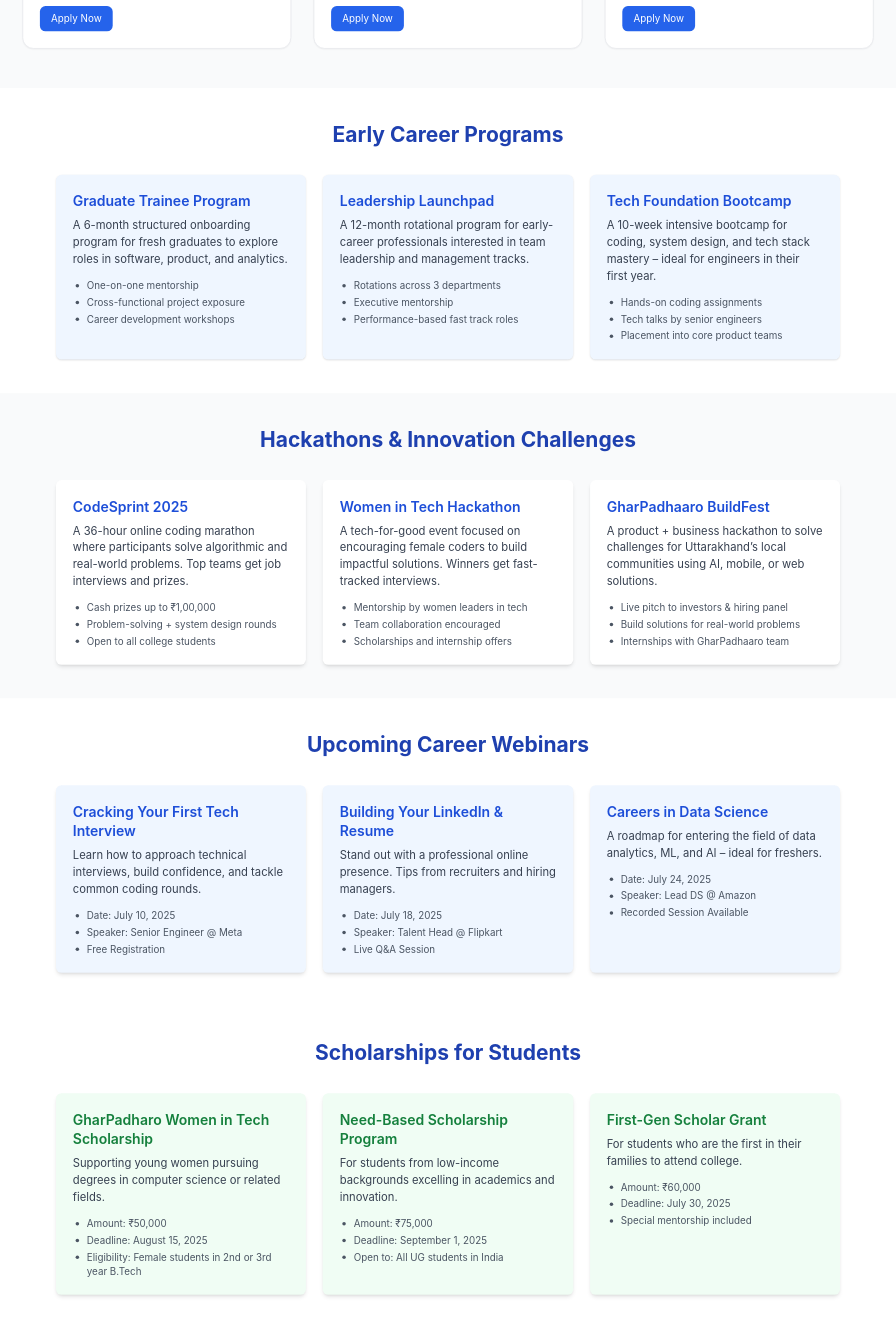
Repository: Siddharthkothiyal/GharPadhaaroCareerWebsite
Page: /#/students
These files come from the project's save history. The page is drawn as it stood at one moment and after the next save; the edit follows.
The browser window is 1280 px wide. The pictures show the part of the page from y = 1914 to 3834 px (the page is 5123 px tall before and 5567 px after), at 70% of full size.
The project was rebuilt for these pictures with package versions that can differ from the ones it lists, and the page was loaded fresh each time. Also part of the build but not shown: src/components/CareerPortal/JobListing/JobListings.css, src/components/CareerPortal/JobListing/JobListings.js, src/components/CareerPortal/Header.css, src/components/CareerPortal/ResumeUpload.css, src/components/CareerPortal/ResumeUpload.js, src/components/CareerPortal/Header.js, src/components/CareerPortal/JobListing/JobSearch.css, src/components/CareerPortal/JobListing/JobSearch.js and 10 more.

Above is the page before, as saved 2025-06-21 21:21:42.

### public/index.html
<!DOCTYPE html>
<html lang="en">

<head>
  <meta charset="utf-8" />
  <link rel="icon" href="%PUBLIC_URL%/favicon.ico" />
  <meta name="viewport" content="width=device-width, initial-scale=1" />
  <meta name="theme-color" content="#000000" />
  <meta name="description" content="GharPadharo - Find your perfect stay" />

  <!-- Font Awesome CDN (latest) -->
  <link rel="stylesheet" href="https://cdnjs.cloudflare.com/ajax/libs/font-awesome/6.5.2/css/all.min.css"
    integrity="sha512-SnH5WK+bZxgPHs44uWIX+LLJAJ9/2PkPKZ5QiAj6Ta86w+fsb2TkcmfRyVX3pBnMFcV7oQPJkl9QevSCWr3W6A=="
    crossorigin="anonymous" referrerpolicy="no-referrer" />

  <link rel="apple-touch-icon" href="%PUBLIC_URL%/logo192.png" />
  <title>GharPadharo</title>
</head>

<body>
  <noscript>You need to enable JavaScript to run this app.</noscript>
  <div id="root"></div>
  <!--
      This HTML file is a template.
      If you open it directly in the browser, you will see an empty page.

      You can add webfonts, meta tags, or analytics to this file.
      The build step will place the bundled scripts into the <body> tag.

      To begin the development, run `npm start` or `yarn start`.
      To create a production bundle, use `npm run build` or `yarn build`.
    -->
</body>

</html>

### src/index.css
@tailwind base;
@tailwind components;
@tailwind utilities;

/* You can keep your custom CSS below if needed */

body {
  margin: 0;
  font-family: -apple-system, BlinkMacSystemFont, 'Segoe UI', 'Roboto', 'Oxygen',
    'Ubuntu', 'Cantarell', 'Fira Sans', 'Droid Sans', 'Helvetica Neue',
    sans-serif;
  -webkit-font-smoothing: antialiased;
  -moz-osx-font-smoothing: grayscale;
}

code {
  font-family: source-code-pro, Menlo, Monaco, Consolas, 'Courier New',
    monospace;
}

### src/App.js
import React from 'react';
// import { HashRouter as Router } from 'react-router-dom';

// import { BrowserRouter as Router, Routes, Route } from 'react-router-dom';
import { HashRouter as Router, Routes, Route } from 'react-router-dom';
import JobListings from './components/CareerPortal/JobListing/JobListings';

import './App.css';
import CareerPortal from './components/CareerPortal';
import Login from './components/Auth/Login';
import Signup from './components/Auth/Signup';
import LandingPage from './components/LandingPage/LandingPage';



import StudentsPage from './components/CareerPortal/StudentsPage/StudentsPage';

// import JobCategory from './components/CareerPortal/JobListing/JobCategory';
// import JobLocation from './components/CareerPortal/JobListing/JobLocation';



function App() {
  return (
    <Router>
      <div className="App">


        <Routes>
          <Route path="/" element={<LandingPage />} />
          <Route path="/careers" element={<CareerPortal />} />
          <Route path="/login" element={<Login />} />
          <Route path="/signup" element={<Signup />} />

          {/* <Route path="/jobs/:category" element={<JobCategory />} />
          <Route path="/jobs/location/:location" element={<JobLocation />} /> */}
          <Route path="/students" element={<StudentsPage />} />
          <Route path="/job-listings" element={<JobListings />} />




        </Routes>
      </div>
    </Router>
  );
}

export default App;

### src/components/CareerPortal/StudentsPage/StudentsPage.js
import React from "react";

import Internships from "./sections/Internships";
import FreshersJob from "./sections/FreshersJob";
import EarlyCareers from "./sections/EarlyCareers";
import Hackathon from "./sections/Hackathons";
import Webinars from "./sections/Webinars";
import Scholarships from "./sections/Scholarships";
import Mentorship from "./sections/Mentorship";
import Resources from "./sections/Resources";
import FAQs from "./sections/FAQs";

const StudentsPage = () => {
  return (
    <div className="bg-white">
      {/* Page Header */}
      <section className="bg-blue-700 text-white py-10">
        <div className="max-w-6xl mx-auto text-center px-4">
          <h1 className="text-4xl font-bold">Opportunities for Students</h1>
          <p className="mt-2 text-lg">
            Discover internships, job roles, and resources tailored for students.
          </p>
        </div>
      </section>

      {/* Sections with anchor IDs */}
      <div id="internships">
        <Internships />
      </div>

      <div id="freshersjob">
        <FreshersJob />
      </div>

      <div id="earlycareers">
        <EarlyCareers />
      </div>

      <div id="hackathons">
        <Hackathon />
      </div>

      <div id="webinars">
        <Webinars />
      </div>

      <div id="scholarships">
        <Scholarships />
      </div>

      <div id="mentorship">
        <Mentorship />
      </div>

      <div id="resources">
        <Resources />
      </div>

      <div id="faqs">
        <FAQs />
      </div>
    </div>
  );
};

export default StudentsPage;

### src/components/CareerPortal/CareerPortal.css
/* GharPadharo Career Portal Styles */
:root {
  --gharpadhaaro-blue: #0866ff;
  --gharpadhaaro-blue-dark: #0756d6;
  --gharpadhaaro-gray: #f0f2f5;
  --gharpadhaaro-text: #1c1e21;
  --gharpadhaaro-text-secondary: #65676b;
  --gharpadhaaro-white: #ffffff;
  --gharpadhaaro-border: #dadde1;
  --gharpadhaaro-success: #42b72a;
  --gharpadhaaro-error: #fa383e;
  --gharpadhaaro-shadow: rgba(0, 0, 0, 0.1);
  --gharpadhaaro-radius: 8px;
  --gharpadhaaro-transition: all 0.2s ease;
}

/* Global Styles */
.career-portal {
  font-family: 'Optimistic Display', -apple-system, BlinkMacSystemFont, 'Segoe UI', Roboto, Oxygen, Ubuntu, Cantarell, 'Open Sans', 'Helvetica Neue', sans-serif;
  color: var(--gharpadhaaro-text);
  line-height: 1.5;
  background-color: var(--gharpadhaaro-white);
}

.container {
  max-width: 1200px;
  margin: 0 auto;
  padding: 0 24px;
}

/* Hero Section */
.hero-section {
  background: linear-gradient(135deg, #0866ff 0%, #535699 100%);
  color: var(--meta-white);
  padding: 100px 0;
  text-align: center;
}

.hero-content {
  max-width: 800px;
  margin: 0 auto;
  padding: 0 24px;
}

.hero-content h1 {
  font-size: 48px;
  font-weight: 700;
  margin-bottom: 24px;
  line-height: 1.2;
}

.hero-content p {
  color: black;
  font-size: 20px;
  margin-bottom: 40px;
  margin-left: 70px;

}

/* Job Search Section */
.job-search-section {
  padding: 60px 0;
  background-color: var(--meta-white);
}

.filters-and-results {
  display: grid;
  grid-template-columns: 300px 1fr;
  gap: 30px;
}

/* Featured Teams Section */
.featured-teams-section {
  padding: 80px 0;
  background-color: var(--meta-gray);
}

.featured-teams-section h2 {
  font-size: 36px;
  font-weight: 700;
  margin-bottom: 16px;
  text-align: center;
}

.featured-teams-section p {
  font-size: 18px;
  color: var(--meta-text-secondary);
  max-width: 700px;
  margin: 0 auto 40px;
  text-align: center;
}

/* Buttons */
.btn {
  display: inline-flex;
  align-items: center;
  justify-content: center;
  padding: 12px 24px;
  border-radius: 0px;
  font-weight: 600;
  font-size: 16px;
  cursor: pointer;
  transition: var(--meta-transition);
  border: none;
}

.btn-primary {
  background-color: var(--meta-blue);
  color: var(--meta-white);
}

.btn-primary:hover {
  background-color: var(--meta-blue-dark);
}

.btn-secondary {
  background-color: var(--meta-gray);
  color: var(--meta-text);
  margin-left: 50px;
}

.btn-secondary:hover {
  background-color: #e4e6eb;
}

/* Form Elements */
.input-group {
  position: relative;
  margin-bottom: 16px;
}

.input-field {
  width: 100%;
  padding: 14px 16px;
  border-radius: var(--meta-radius);
  border: 1px solid var(--meta-border);
  font-size: 16px;
  transition: var(--meta-transition);
}

.input-field:focus {
  border-color: var(--meta-blue);
  outline: none;
  box-shadow: 0 0 0 2px rgba(8, 102, 255, 0.2);
}

/* Responsive */
@media (max-width: 992px) {
  .filters-and-results {
    grid-template-columns: 1fr;
  }

  .hero-content h1 {
    font-size: 36px;
  }

  .hero-content p {
    font-size: 18px;
  }
}

@media (max-width: 576px) {
  .hero-content h1 {
    font-size: 28px;
  }

  .hero-content p {
    font-size: 16px;
  }

  .featured-teams-section h2 {
    font-size: 28px;
  }
}

### src/components/Auth/Auth.css
/* Auth.css - Styles for Login and Signup components */

:root {
  --primary-color: #535699; /* GharPadharo blue */
  --secondary-color: #42B72A; /* GharPadharo green */
  --text-color: #1C1E21;
  --light-text: #606770;
  --error-color: #FA383E;
  --border-color: #DADDE1;
  --background-color: #F0F2F5;
  --card-background: #FFFFFF;
  --hover-color: #E7F3FF;
  --focus-shadow: 0 0 0 2px rgba(83, 86, 153, 0.2);
}

/* Auth Container */
.auth-container {
  display: flex;
  justify-content: center;
  align-items: center;
  min-height: 100vh;
  background-color: var(--background-color);
  padding: 20px;
}

/* Auth Card */
.auth-card {
  background-color: var(--card-background);
  border-radius: 8px;
  box-shadow: 0 2px 4px rgba(0, 0, 0, 0.1), 0 8px 16px rgba(0, 0, 0, 0.1);
  width: 100%;
  max-width: 400px;
  padding: 20px;
}

/* Auth Header */
.auth-header {
  text-align: center;
  margin-bottom: 20px;
}

.auth-logo {
  width: 40px;
  height: 40px;
  margin-bottom: 10px;
}

.auth-header h2 {
  font-size: 24px;
  font-weight: 600;
  color: var(--text-color);
  margin: 0;
}

.gharpadharo-logo{
  width: 60px;
  height: 60px;
}

/* Auth Form */
.auth-form {
  display: flex;
  flex-direction: column;
  gap: 16px;
}

.form-group {
  display: flex;
  flex-direction: column;
}

.form-group label {
  font-size: 14px;
  font-weight: 500;
  margin-bottom: 6px;
  color: var(--text-color);
}

.form-group input {
  padding: 12px 14px;
  border: 1px solid var(--border-color);
  border-radius: 6px;
  font-size: 16px;
  transition: border-color 0.2s, box-shadow 0.2s;
}

.form-group input:focus {
  outline: none;
  border-color: #535699;
  box-shadow: var(--focus-shadow);
}

.form-group input.error {
  border-color: var(--error-color);
}

.error-message {
  color: var(--error-color);
  font-size: 12px;
  margin-top: 4px;
}

/* Terms and Privacy */
.terms-privacy {
  font-size: 12px;
  color: 535699;
  margin-bottom: 10px;
  text-align: center;
}

.terms-privacy a {
  color: 535699;
  text-decoration: none;
}

.terms-privacy a:hover {
  text-decoration: underline;
}

/* Auth Button */
.auth-button {
  background-color: #535699;
  color: white;
  border: none;
  border-radius: 6px;
  padding: 12px;
  font-size: 16px;
  font-weight: 600;
  cursor: pointer;
  transition: background-color 0.2s;
  margin-top: 10px;
}

.auth-button:hover {
  background-color: #535699;
}

/* Auth Footer */
.auth-footer {
  margin-top: 20px;
  text-align: center;
}

.forgot-password {
  color: #535699;
  text-decoration: none;
  font-size: 14px;
  display: block;
  margin-bottom: 16px;
}

.forgot-password:hover {
  text-decoration: underline;
}

.auth-redirect {
  font-size: 14px;
  color: var(--light-text);
  margin: 0;
}

.auth-redirect a {
  color: #535699;
  text-decoration: none;
  font-weight: 500;
}

.auth-redirect a:hover {
  text-decoration: underline;
}

/* Responsive adjustments */
@media (max-width: 480px) {
  .auth-card {
    padding: 16px;
  }

  .auth-header h2 {
    font-size: 20px;
  }

  .form-group input {
    padding: 10px 12px;
    font-size: 14px;
  }

  .auth-button {
    padding: 10px;
    font-size: 14px;
  }
}

### src/components/LandingPage/LandingPage.css
/* LandingPage.css - Styles for the landing page */

:root {
  --primary-color: #535699; /* GharPadharo blue */
  --secondary-color: #42B72A; /* GharPadharo green */
  --text-color: #1C1E21;
  --light-text: #606770;
  --border-color: #DADDE1;
  --background-color: #F0F2F5;
  --card-background: #FFFFFF;
  --hover-color: #c8e4ff;
  --focus-shadow: 0 0 0 2px rgba(24, 119, 242, 0.2);
  --border-color: #blue;
  --background-color: #535699;
  --card-background: white;
  --hover-color: #E7F3FF;
  --focus-shadow: 0 0 0 2px rgba(83, 86, 153, 0.2);
}
/* General Styles */
.landing-page {
  font-family: 'Segoe UI', 'Helvetica Neue', sans-serif;
  color: var(--text-color);
  line-height: 1.5;
}

.container {
  max-width: 1200px;
  margin: 0 auto;
  padding: 0 20px;
}

section {
  padding: 60px 0;
}

h1, h2, h3, h4 {
  margin-top: 0;
  font-weight: 600;
}

h1 {
  font-size: 3rem;
  line-height: 1.2;
  margin-bottom: 20px;
}

h2 {
  font-size: 2.25rem;
  margin-bottom: 30px;
  text-align: center;
}

h3 {
  font-size: 1.5rem;
  margin-bottom: 15px;
}

p {
  margin-bottom: 20px;
}

.btn {
  display: inline-block;
  padding: 12px 24px;
  border-radius: 6px;
  font-weight: 600;
  text-decoration: none;
  text-align: center;
  cursor: pointer;
  transition: all 0.2s ease;
  margin-right: 12px;
  margin-bottom: 12px;
}

.btn-primary {
  background-color:  #0CAFFF;
  color: white;
  border: none;
}

.btn-primary:hover {
  background-color: whitesmoke;
  color: black;
}

.btn-secondary {
  background-color: var(--secondary-color);
  color: white;
  border: none;
}

.btn-secondary:hover {
  background-color: whitesmoke;
  color: black;
}

.btn-outline {
  background-color: white;
  color: black;
  border: white;
}

.btn-outline:hover {
  background-color: #0CAFFF;
  color: black;
}

/* Hero Section */
.hero {
  background-color: var(--background-color);
  padding: 80px 0;
}

.hero .container {
  display: flex;
  align-items: center;
  justify-content: space-between;
  gap: 40px;
}

.hero-content {
  flex: 1;
}

.hero-content p {
  font-size: 1.25rem;
  color: 535699;
  margin-bottom: 30px;
  max-width: 900px;
  margin-left: 8.5px;
}

.hero-buttons {
  display: flex;
  flex-wrap: wrap;
}

.hero-image {
  flex: 1;
  display: flex;
  justify-content: center;
  align-items: center;
}

.image-placeholder {
  background-color: 535699;
  border-radius: 12px;
  padding: 20px;
  display: flex;
  justify-content: center;
  align-items: center;
}


/* Features Section */
.features {
  background-color: white;
}

.features-grid {
  display: grid;
  grid-template-columns: repeat(auto-fit, minmax(250px, 1fr));
  gap: 30px;
  margin-top: 40px;
}

.feature-card {
  background-color: var(--card-background);
  border-radius: 12px;
  padding: 30px;
  box-shadow: 0 2px 4px rgba(0, 0, 0, 0.05);
  transition: transform 0.3s ease, box-shadow 0.3s ease;
}

.feature-card:hover {
  transform: scale(1.05);
  box-shadow: 0 10px 20px rgba(0, 0, 0, 0.1);
}

.feature-icon {
  margin-bottom: 20px;
}

.feature-card h3 {
  color: var(--text-color);
}

.feature-card p {
  color: var(--light-text);
  margin-bottom: 0;
}

/* Teams Section */
.teams-section {
  background-color: var(--background-color);
}

.section-description {
  text-align: center;
  max-width: 700px;
  margin: 0 auto 40px;
  color:white;
  font-size: 1.1rem;
}

.teams-carousel {
  display: grid;
  grid-template-columns: repeat(auto-fit, minmax(250px, 1fr));
  gap: 20px;
  margin-top: 30px;
}

.team-item {
  background-color: white;
  border-radius: 8px;
  padding: 25px;
  box-shadow: 0 2px 4px rgba(0, 0, 0, 0.05);
  transition: transform 0.3s ease;
}

.team-item:hover {
  transform: translateY(-5px);
}

.team-item h3 {
  color: var(--primary-color);
  margin-bottom: 10px;
}

.team-item p {
  color: var(--light-text);
  margin-bottom: 15px;
}

.team-link {
  color: var(--primary-color);
  text-decoration: none;
  font-weight: 600;
  display: inline-flex;
  align-items: center;
}

.team-link span {
  margin-left: 5px;
  transition: transform 0.2s ease;
}

.team-link:hover span {
  transform: translateX(3px);
}

/* Testimonials Section */
.testimonials {
  background-color: white;
}

.testimonial-card {
  max-width: 800px;
  margin: 0 auto;
  background-color: var(--card-background);
  border-radius: 12px;
  padding: 40px;
  box-shadow: 0 4px 12px rgba(0, 0, 0, 0.08);
  position: relative;
}

.quote-mark {
  font-size: 60px;
  color: var(--primary-color);
  opacity: 0.2;
  position: absolute;
  top: 20px;
  left: 20px;
  line-height: 1;
}

.testimonial-text {
  font-size: 1.25rem;
  line-height: 1.6;
  margin-bottom: 30px;
  position: relative;
  z-index: 1;
}

.testimonial-author {
  display: flex;
  align-items: center;
}

.author-avatar {
  width: 50px;
  height: 50px;
  border-radius: 50%;
  background-color: var(--primary-color);
  margin-right: 15px;
}

.author-info h4 {
  margin: 0;
  font-size: 1.1rem;
}

.author-info p {
  margin: 5px 0 0;
  color: var(--light-text);
  font-size: 0.9rem;
}

/* CTA Section */
.cta-section {
  background-color: var(--primary-color);
  color: white;
  text-align: center;
  padding: 80px 0;
}

.cta-section h2 {
  color: white;
  margin-bottom: 15px;
}

.cta-section p {
  color: rgba(255, 255, 255, 0.9);
  font-size: 1.2rem;
  margin-bottom: 30px;
  max-width: 700px;
  margin-left: auto;
  margin-right: auto;
}

.cta-buttons {
  display: flex;
  justify-content: center;
  flex-wrap: wrap;
  gap: 15px;
}

.cta-section .btn-primary {
  background-color: #42B72A;
  color:black;
}

.cta-section .btn-primary:hover {
  background-color: #f5f5f5;
}

.cta-section .btn-secondary {
  background-color: transparent;
  color: white;
  border: 1px solid white;
}

.cta-section .btn-secondary:hover {
  background-color: rgba(255, 255, 255, 0.1);
}

/* Responsive Styles */
@media (max-width: 992px) {
  h1 {
    font-size: 2.5rem;
  }

  h2 {
    font-size: 2rem;
  }

  .hero .container {
    flex-direction: column;
  }

  .hero-content, .hero-image {
    flex: none;
    width: 100%;
    text-align: center;
  }

  .hero-content p {
    margin-left: auto;
    margin-right: auto;
  }

  .hero-buttons {
    justify-content: center;
  }
}

@media (max-width: 768px) {
  section {
    padding: 40px 0;
  }

  h1 {
    font-size: 2rem;
  }

  h2 {
    font-size: 1.75rem;
  }

  .features-grid, .teams-carousel {
    grid-template-columns: 1fr;
  }

  .testimonial-card {
    padding: 30px 20px;
  }

  .testimonial-text {
    font-size: 1.1rem;
  }
}

### src/components/CareerPortal/StudentsPage/sections/EarlyCareers.js
import React from "react";

const EarlyCareers = () => {
  return (
    <section className="py-12 bg-white">
      <div className="max-w-6xl mx-auto px-4">
        <h2 className="text-3xl font-bold text-center text-blue-800 mb-10">
          Early Career Programs
        </h2>

        <div className="grid md:grid-cols-3 gap-6">
          {/* Card 1 */}
          <div className="bg-blue-50 rounded-lg shadow p-6 hover:shadow-lg transition">
            <h3 className="text-xl font-semibold text-blue-700 mb-2">
              Graduate Trainee Program
            </h3>
            <p className="text-gray-700 mb-4">
              A 6-month structured onboarding program for fresh graduates to explore roles in software, product, and analytics.
            </p>
            <ul className="text-sm text-gray-600 list-disc pl-5 space-y-1">
              <li>One-on-one mentorship</li>
              <li>Cross-functional project exposure</li>
              <li>Career development workshops</li>
            </ul>
          </div>

          {/* Card 2 */}
          <div className="bg-blue-50 rounded-lg shadow p-6 hover:shadow-lg transition">
            <h3 className="text-xl font-semibold text-blue-700 mb-2">
              Leadership Launchpad
            </h3>
            <p className="text-gray-700 mb-4">
              A 12-month rotational program for early-career professionals interested in team leadership and management tracks.
            </p>
            <ul className="text-sm text-gray-600 list-disc pl-5 space-y-1">
              <li>Rotations across 3 departments</li>
              <li>Executive mentorship</li>
              <li>Performance-based fast track roles</li>
            </ul>
          </div>

          {/* Card 3 */}
          <div className="bg-blue-50 rounded-lg shadow p-6 hover:shadow-lg transition">
            <h3 className="text-xl font-semibold text-blue-700 mb-2">
              Tech Foundation Bootcamp
            </h3>
            <p className="text-gray-700 mb-4">
              A 10-week intensive bootcamp for coding, system design, and tech stack mastery – ideal for engineers in their first year.
            </p>
            <ul className="text-sm text-gray-600 list-disc pl-5 space-y-1">
              <li>Hands-on coding assignments</li>
              <li>Tech talks by senior engineers</li>
              <li>Placement into core product teams</li>
            </ul>
          </div>
        </div>
      </div>
    </section>
  );
};

export default EarlyCareers;

Loaded but not shown: src/index.js (common file); src/reportWebVitals.js (common file); src/App.css (common file); tailwind.config.js (common file); src/components/CareerPortal/StudentsPage/sections/Internships.js (102 lines, source omitted); src/components/CareerPortal/StudentsPage/sections/FreshersJob.js (102 lines, source omitted); src/components/CareerPortal/StudentsPage/sections/FAQs.js (76 lines, source omitted); src/components/CareerPortal/StudentsPage/sections/Hackathons.js (62 lines, source omitted); src/components/CareerPortal/StudentsPage/sections/Mentorship.js (62 lines, source omitted); src/components/CareerPortal/StudentsPage/sections/Resources.js (71 lines, source omitted); src/components/CareerPortal/StudentsPage/sections/Scholarships.js (62 lines, source omitted); src/components/CareerPortal/StudentsPage/sections/Webinars.js (62 lines, source omitted)

After the next save:
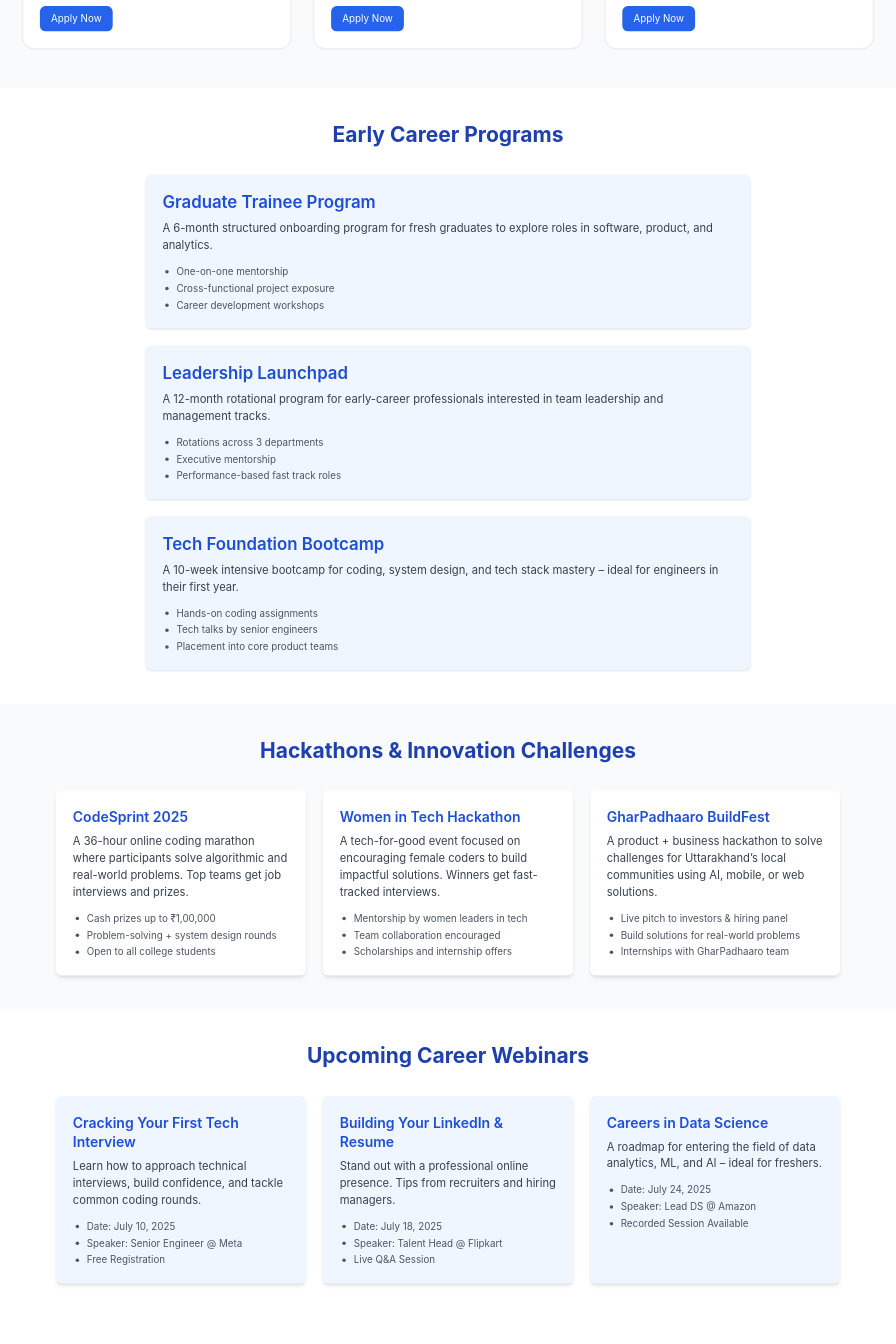
Saved 82 s later.
--- a/src/components/CareerPortal/StudentsPage/sections/EarlyCareers.js
+++ b/src/components/CareerPortal/StudentsPage/sections/EarlyCareers.js
@@ -3,15 +3,15 @@ import React from "react";
 const EarlyCareers = () => {
   return (
     <section className="py-12 bg-white">
-      <div className="max-w-6xl mx-auto px-4">
+      <div className="max-w-4xl mx-auto px-4">
         <h2 className="text-3xl font-bold text-center text-blue-800 mb-10">
           Early Career Programs
         </h2>
 
-        <div className="grid md:grid-cols-3 gap-6">
+        <div className="space-y-6">
           {/* Card 1 */}
           <div className="bg-blue-50 rounded-lg shadow p-6 hover:shadow-lg transition">
-            <h3 className="text-xl font-semibold text-blue-700 mb-2">
+            <h3 className="text-2xl font-semibold text-blue-700 mb-2">
               Graduate Trainee Program
             </h3>
             <p className="text-gray-700 mb-4">
@@ -26,7 +26,7 @@ const EarlyCareers = () => {
 
           {/* Card 2 */}
           <div className="bg-blue-50 rounded-lg shadow p-6 hover:shadow-lg transition">
-            <h3 className="text-xl font-semibold text-blue-700 mb-2">
+            <h3 className="text-2xl font-semibold text-blue-700 mb-2">
               Leadership Launchpad
             </h3>
             <p className="text-gray-700 mb-4">
@@ -41,7 +41,7 @@ const EarlyCareers = () => {
 
           {/* Card 3 */}
           <div className="bg-blue-50 rounded-lg shadow p-6 hover:shadow-lg transition">
-            <h3 className="text-xl font-semibold text-blue-700 mb-2">
+            <h3 className="text-2xl font-semibold text-blue-700 mb-2">
               Tech Foundation Bootcamp
             </h3>
             <p className="text-gray-700 mb-4">
